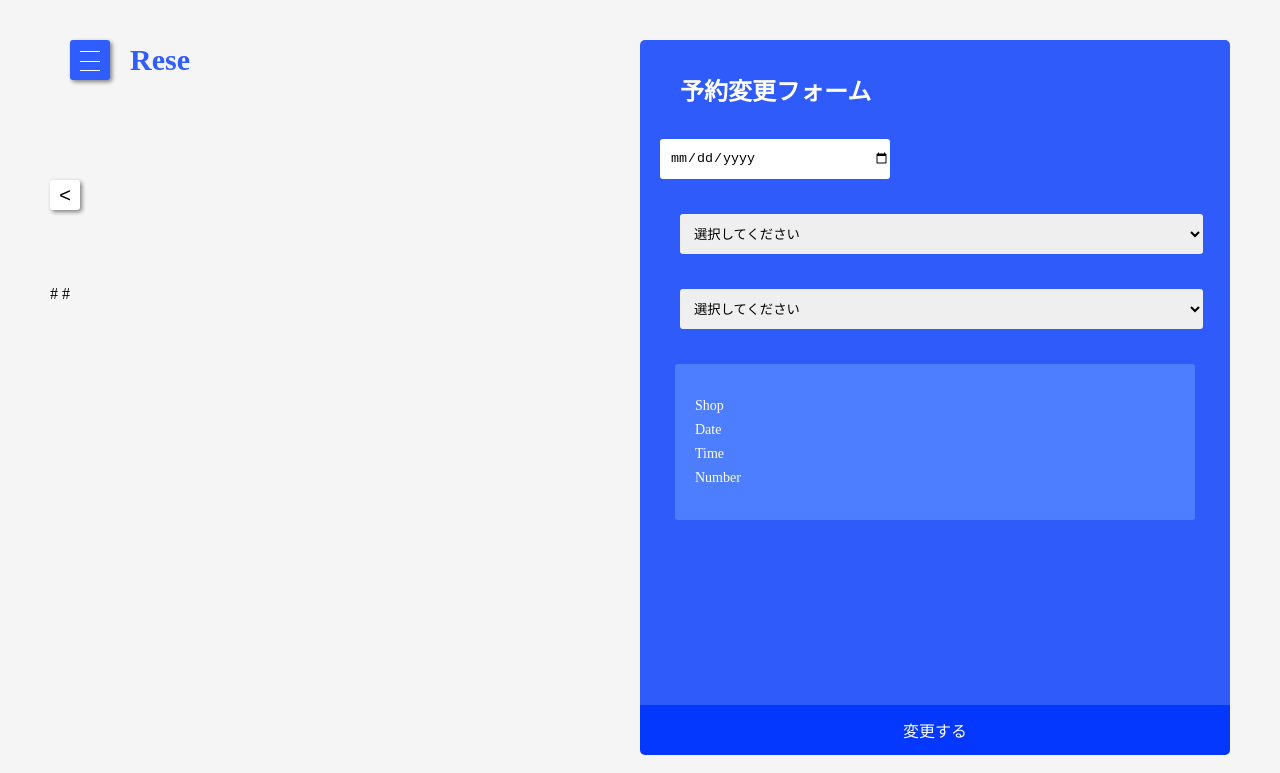
Repository: Haruka-Wada/Rese
Page: src/resources/views/edit.blade.php
These files come from the project's save history. The page is drawn as it stood at one moment and after the next save; the edit follows.
The browser window is 1280 px wide. The pictures show the whole page.
The page is served by the project's Laravel application, run on PHP 8.4 with Laravel 8. The template is opened directly, without the code that normally fills it, so the values that code supplies are empty.

Above is the page before, as saved 2024-11-19 15:40:52.

After the next save:
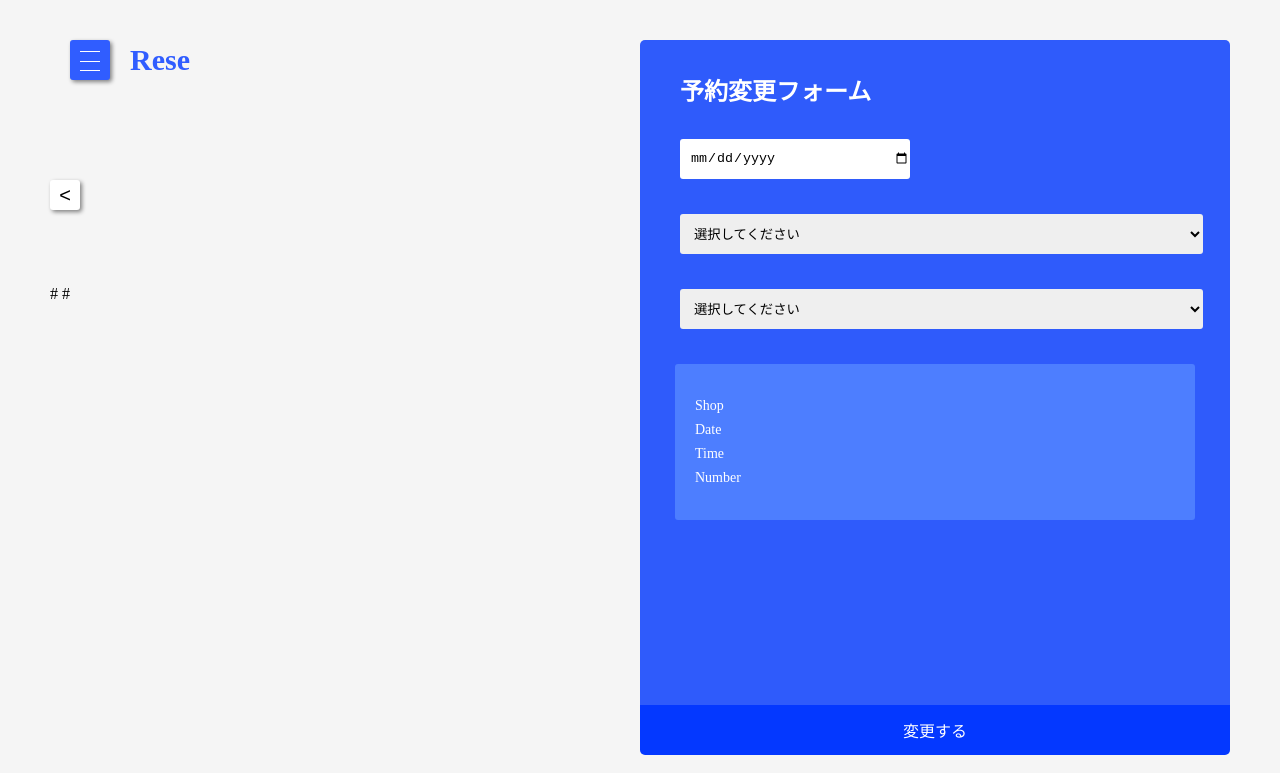
Saved 83 s later.
--- a/src/public/css/edit.css
+++ b/src/public/css/edit.css
@@ -84,7 +84,7 @@
     border: none;
     border-radius: 3px;
     padding-left: 10px;
-    margin: 15px 0;
+    margin: 15px 20px;
 }
 
 .reservation__time,
